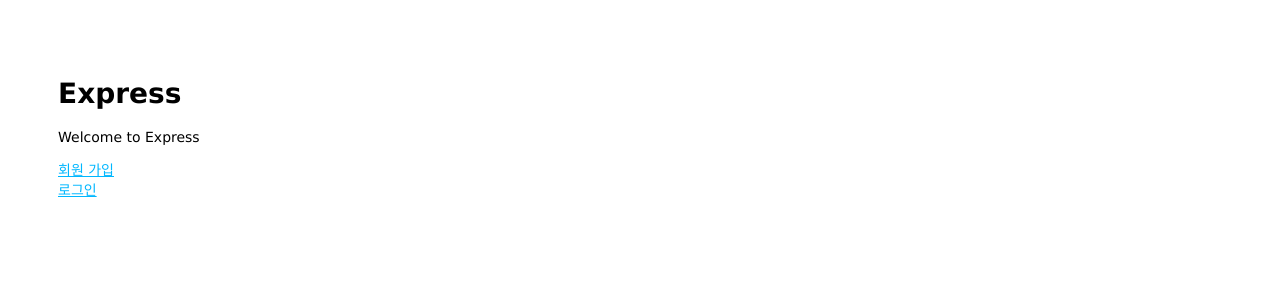
Repository: njir/nodejs
Page: http://localhost/
The author's editor kept a record of every edit. The page is drawn from the files as they stood at one moment, then again after the next edit.
The browser window is 1280 px wide. The pictures show the whole page.
The page is served by the project's Node server (member/app.js). Other server files are loaded and not shown.

Above is the page before.

### member/views/index.ejs
<!DOCTYPE html>
<html>
  <head>
    <meta charset="utf-8">
    <title><%= title %></title>
    <link rel='stylesheet' href='/stylesheets/style.css' />
  </head>
  <body>
    <h1><%= title %></h1>
    <p>Welcome to <%= title %></p>
    <% if(user_id) { %>


    <% } else { %>

    <% } %>


    <a href="/join">회원 가입</a><br>
    <a href="/login">로그인</a><br>
  </body>
</html>

### member/app.js
var express = require('express');
var session = require('express-session');
var path = require('path');
var favicon = require('serve-favicon');
var logger = require('morgan');
var cookieParser = require('cookie-parser');
var bodyParser = require('body-parser');

var routes = require('./routes/index');
var users = require('./routes/users');


var http = require('http');
var app = express();

// view engine setup
app.set('views', path.join(__dirname, 'views'));
app.set('view engine', 'ejs');

// uncomment after placing your favicon in /public
//app.use(favicon(__dirname + '/public/favicon.ico'));
app.use(logger('dev'));
app.use(bodyParser.json());
app.use(bodyParser.urlencoded({
    extended: false
}));
app.use(cookieParser());
app.use(express.static(path.join(__dirname, 'public')));

app.use(session({
    secret: 'keyboard cat',
    resave: false,
    saveUninitialized: true
}));


app.use('/', routes);
app.use('/users', users);



// catch 404 and forward to error handler
app.use(function(req, res, next) {
    var err = new Error('Not Found');
    err.status = 404;
    next(err);
});

// error handlers

// development error handler
// will print stacktrace
if (app.get('env') === 'development') {
    app.use(function(err, req, res, next) {
        res.status(err.status || 500);
        res.render('error', {
            message: err.message,
            error: err
        });
    });
}

// production error handler
// no stacktraces leaked to user
app.use(function(err, req, res, next) {
    res.status(err.status || 500);
    res.render('error', {
        message: err.message,
        error: {}
    });
});


app.set('port', process.env.PORT || 80);

var server = app.listen(app.get('port'), function() {
    console.log('Listening on port ' + server.address().port);
});

module.exports = app;

### member/routes/index.js
var express = require('express');
var router = express.Router();
var mysql = require('mysql');
var db_member = require('../models/db_member');

/* GET home page. */
router.get('/', function(req, res) {
    //var user_id = (req.session.user_id === undefined ? 'none' : req.session.user_id);
    //res.json({user_id: user_id}); 모바일일때는
    res.render('index', {
        title: 'Express',
        user_id: req.session.user_id
    });
});

// 회원가입
router.get('/join', function(req, res) {
    res.render('joinform', {
        title: '회원 가입'
    });
});

router.post('/join', function(req, res) {
    // id, pw, name, tel, sex, email, age, regday, upday, del_yn
    var id = req.body.id;
    var pw = req.body.pw;
    var name = req.body.name;
    var sex = req.body.sex; //넘어오는 모든 값은 string임.
    sex = parseInt(req.body.sex, 10);
    var tel = req.body.t1 + '-' + req.body.t2 + '-' + req.body.t3;
    var age = req.body.age;
    age = parseInt(req.body.age, 10);
    var email = req.body.email;
    var datas = [id, pw, name, tel, sex, email, age];

    db_member.join(datas, function(success) {
        if (success) {
            // res.json({result:'success'}); 모바일일 경우
            res.redirect('/login');
        }
        else {
            // res.json({result:'fail'}); 모바일일 경우
            res.send('<script>alert("오류가 발생해서 되돌아갑니다.");history.back();</script>');
        }

    });
});

// 로그인
router.get('/login', function(req, res) {
    //console.log('req.session.id', req.session.id);
    res.render('loginform', {
        title: '로그인'
    });
});

router.post('/login', function(req, res) {
    var id = req.body.id;
    var pw = req.body.pw;
    var datas = [id, pw];

    db_member.login(datas, function(cnt) {
        if (cnt === 1) {
            //res.json({result: 'success'}); 모바일일경우
            req.session.user_id = id; //세션은 변수로 존재하고있음. 그냥 사용하면 됨
            res.send('<script>location.href="/";</script>');
        }
        else {
            //res.json({result: 'fail'}); 모바일일경우
            res.send('<script>alert("ID/패스워드를 확인하세요.");history.back();</script>');
        }
    });
});

//  로그아웃
router.get('/logout', function(req, res) {
    req.session.destroy(function(err) {
        if (err) {
            console.error('session destroy error', err);
        }
        res.send('<script>alert("로그아웃되었습니다.");location.href="/";</script>');

    });
});


//업로드
router.get('/upload', function(req, res) {
    res.render('upload/upload', {
        title: '업로드'
    });
});

router.post('/upload', function(req, res) {
    console.log('req.body', req.body);
    console.log('req.files', req.files);
    res.send('/');
});


module.exports = router;

Loaded but not shown: member/public/stylesheets/style.css (common file)

After the next edit:
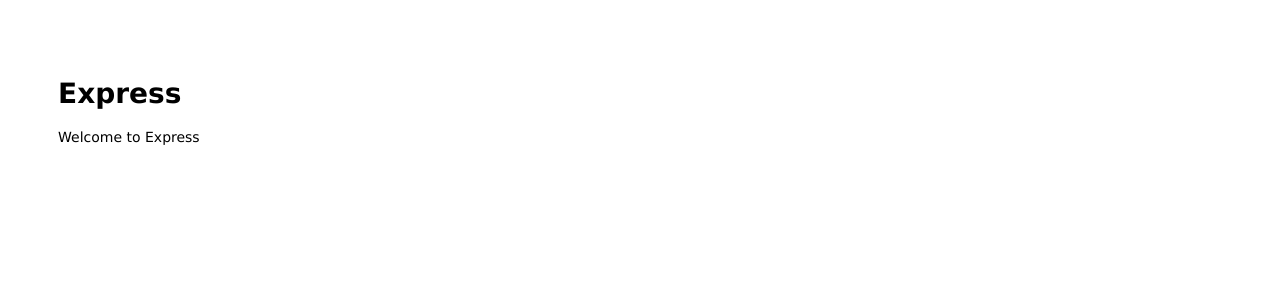
The edit:
--- a/member/views/index.ejs
+++ b/member/views/index.ejs
@@ -16,7 +16,5 @@
     <% } %>
 
 
-    <a href="/join">회원 가입</a><br>
-    <a href="/login">로그인</a><br>
   </body>
 </html>

After the edit that followed:
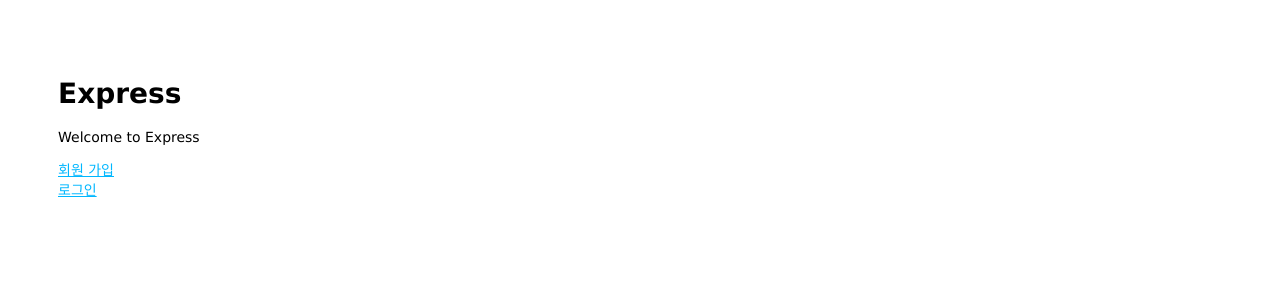
The edit:
--- a/member/views/index.ejs
+++ b/member/views/index.ejs
@@ -8,11 +8,14 @@
   <body>
     <h1><%= title %></h1>
     <p>Welcome to <%= title %></p>
+
     <% if(user_id) { %>
-
+      <a href="/logout">로그아웃</a><br>
 
     <% } else { %>
 
+    <a href="/join">회원 가입</a><br>
+    <a href="/login">로그인</a><br>
     <% } %>
 
 
